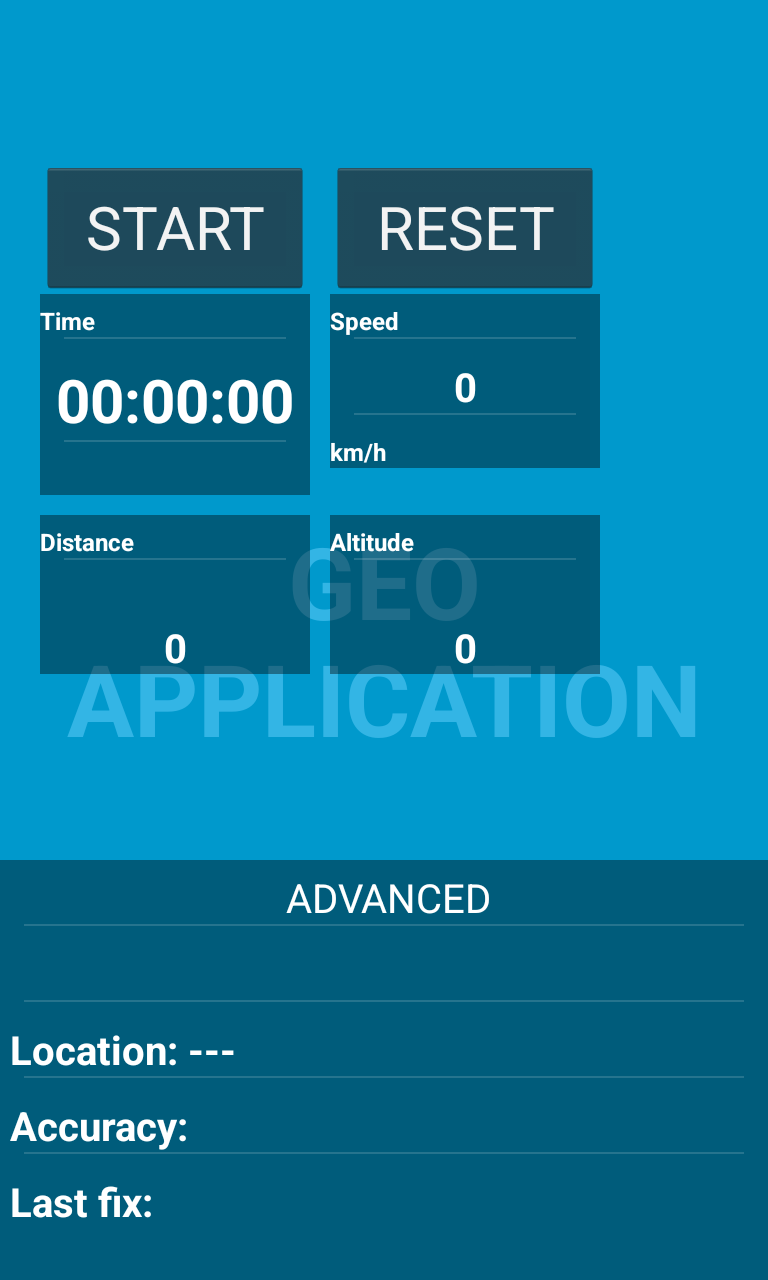
Repository: sebastianR1001/GeoApplication
Layout: GeoApplication/res/layout/activity_fullscreen.xml
These files come from the project's save history. The layout is drawn as it stood at one moment and after the next save; the edit follows.
It is drawn on a 768 x 1280 px phone screen (xhdpi) without system bars, with theme FullscreenTheme; the app's code is not run.

Above is the layout before, as saved 2014-10-24 18:39:59.

### GeoApplication/res/layout/activity_fullscreen.xml
<FrameLayout xmlns:android="http://schemas.android.com/apk/res/android"
    xmlns:tools="http://schemas.android.com/tools"
    android:layout_width="match_parent"
    android:layout_height="match_parent"
    android:background="#0099cc"
    tools:context="geo.geoapplication.FullscreenActivity" >

    <!--
         The primary full-screen view. This can be replaced with whatever view
         is needed to present your content, e.g. VideoView, SurfaceView,
         TextureView, etc.
    -->

    <TextView
        android:id="@+id/fullscreen_content"
        android:layout_width="match_parent"
        android:layout_height="match_parent"
        android:gravity="center"
        android:keepScreenOn="true"
        android:text="@string/geo_application"
        android:textColor="#33b5e5"
        android:textSize="50sp"
        android:textStyle="bold" />

     <TableLayout
        android:layout_width="wrap_content"
        android:layout_height="wrap_content"
        android:layout_marginTop="80dp"
        android:layout_marginLeft="10dp"
        android:layout_marginRight="10dp"  >

         <TableRow
            android:id="@+id/tableRow0"
            android:layout_width="wrap_content"
            android:layout_height="wrap_content"
            >

            <Button
		        android:id="@+id/startButton"
		        android:layout_width="135dp"
		        android:layout_height="67dp"
		        android:layout_marginLeft="10dp"
		        android:textSize="30sp"
		        android:text="@string/startButton" />

		     <Button
		        android:id="@+id/resetButton"
		        android:layout_width="135dp"
		        android:layout_height="67dp"
		        android:layout_marginRight="10dp"
		        android:layout_marginLeft="10dp"
		        android:textSize="30sp"
		        android:text="@string/resetButton" />

        </TableRow>

        <TableRow
            android:id="@+id/tableRow1"
            android:layout_width="wrap_content"
            android:layout_height="wrap_content"
            >

            <LinearLayout
		        android:id="@+id/timeLayout"
		        style="?metaButtonBarStyle"
		        android:layout_width="wrap_content"
		        android:layout_height="wrap_content"
		        android:layout_weight="5"
		        android:layout_marginLeft="10dp"
		        android:background="@color/black_overlay"
		        android:orientation="vertical"
		        tools:ignore="UselessParent" >

			    <TextView
			        android:layout_width="match_parent"
			        android:layout_height="match_parent"
			        android:layout_marginTop="5dp"
			        android:text="@string/timeText"
			        android:id="@+id/timeText"
			        android:textColor="#ffffff"
			        android:textSize="12sp"
			        android:textStyle="bold" />

			    <TextView
			        android:layout_width="match_parent"
			        android:layout_height="match_parent"
			        android:text="@string/time"
			        android:id="@+id/time"
			        android:layout_marginTop="10dp"
			        android:gravity="center"
			        android:textColor="#ffffff"
			        android:textSize="30sp"
			        android:textStyle="bold" />

			    <TextView
			        android:layout_width="match_parent"
			        android:layout_height="match_parent"
			        android:layout_marginTop="10dp"
			        android:textColor="#ffffff"
			        android:textSize="12sp"
			        android:textStyle="bold" />

	        </LinearLayout>

			<LinearLayout
		        android:id="@+id/speedLayout"
		        style="?metaButtonBarStyle"
		        android:layout_width="wrap_content"
		        android:layout_height="wrap_content"
		        android:layout_weight="5"
		        android:layout_marginRight="10dp"
		        android:layout_marginLeft="10dp"
		        android:background="@color/black_overlay"
		        android:orientation="vertical"
		        tools:ignore="UselessParent" >

			    <TextView
			        android:layout_width="match_parent"
			        android:layout_height="match_parent"
			        android:layout_marginTop="5dp"
			        android:text="@string/speedText"
			        android:id="@+id/speedText"
			        android:textColor="#ffffff"
			        android:textSize="12sp"
			        android:textStyle="bold" />

			    <TextView
			        android:layout_width="match_parent"
			        android:layout_height="match_parent"
			        android:text="@string/speed"
			        android:id="@+id/speed"
			        android:layout_marginTop="10dp"
			        android:gravity="center"
			        android:textColor="#ffffff"
			        android:textSize="20sp"
			        android:textStyle="bold" />

			    <TextView
			        android:layout_width="match_parent"
			        android:layout_height="match_parent"
			        android:layout_marginTop="10dp"
			        android:text="@string/speedUnit"
			        android:id="@+id/speedUnit"
			        android:textColor="#ffffff"
			        android:textSize="12sp"
			        android:textStyle="bold" />

	        </LinearLayout>

        </TableRow>

        <TableRow
            android:id="@+id/tableRow4"
            android:layout_width="wrap_content"
            android:layout_height="wrap_content"
            android:layout_marginTop="10dp"
            >

            <LinearLayout
		        android:id="@+id/distanceLayout"
		        style="?metaButtonBarStyle"
		        android:layout_width="wrap_content"
		        android:layout_height="wrap_content"
		        android:layout_weight="5"
		        android:layout_marginLeft="10dp"
		        android:background="@color/black_overlay"
		        android:orientation="vertical"
		        tools:ignore="UselessParent" >

			    <TextView
			        android:layout_width="match_parent"
			        android:layout_height="match_parent"
			        android:layout_marginTop="5dp"
			        android:text="@string/distanceText"
			        android:id="@+id/distanceText"
			        android:textColor="#ffffff"
			        android:textSize="12sp"
			        android:textStyle="bold" />

			    <TextView
			        android:layout_width="match_parent"
			        android:layout_height="match_parent"
			        android:text="@string/distance"
			        android:id="@+id/distance"
			        android:layout_marginTop="30dp"
			        android:gravity="center"
			        android:textColor="#ffffff"
			        android:textSize="20sp"
			        android:textStyle="bold" />

	        </LinearLayout>

			<LinearLayout
		        android:id="@+id/elevationLayout"
		        style="?metaButtonBarStyle"
		        android:layout_width="wrap_content"
		        android:layout_height="wrap_content"
		        android:layout_weight="5"
		        android:layout_marginRight="10dp"
		        android:layout_marginLeft="10dp"
		        android:background="@color/black_overlay"
		        android:orientation="vertical"
		        tools:ignore="UselessParent" >

			    <TextView
			        android:layout_width="match_parent"
			        android:layout_height="match_parent"
			        android:layout_marginTop="5dp"
			        android:text="@string/altitudeText"
			        android:id="@+id/altitudeText"
			        android:textColor="#ffffff"
			        android:textSize="12sp"
			        android:textStyle="bold" />

			    <TextView
			        android:layout_width="match_parent"
			        android:layout_height="match_parent"
			        android:text="@string/altitude"
			        android:id="@+id/altitude"
			        android:layout_marginTop="30dp"
			        android:gravity="center"
			        android:textColor="#ffffff"
			        android:textSize="20sp"
			        android:textStyle="bold" />

	        </LinearLayout>

        </TableRow>

    </TableLayout>

	   <LinearLayout
	        android:id="@+id/advanced"
	        style="?metaButtonBarStyle"
	        android:layout_width="match_parent"
	        android:layout_height="210dp"
	        android:layout_gravity="bottom|center_horizontal"
	        android:background="@color/black_overlay"
	        android:orientation="vertical"
	        tools:ignore="UselessParent" >

	       <TextView
		        android:id="@+id/advancedInformation"
		        android:layout_width="wrap_content"
                android:layout_height="wrap_content"
                android:text="@string/advancedText"
		        android:paddingTop="5dp"
		        android:paddingLeft="5dp"
		        android:layout_gravity="top|center_horizontal"
		        android:textColor="#ffffff"
		        android:textSize="20sp" />

	       <TextView
		        android:id="@+id/gpsInformation"
		        android:layout_width="wrap_content"
                android:layout_height="wrap_content"
		        android:paddingTop="10dp"
		        android:paddingLeft="5dp"
		        android:textColor="#ffffff"
		        android:textSize="20sp" />

		    <TextView
		        android:id="@+id/viewLocation"
		        android:layout_width="wrap_content"
		        android:layout_height="wrap_content"
		        android:paddingTop="10dp"
		        android:paddingLeft="5dp"
		        android:keepScreenOn="true"
		        android:text="@string/location"
		        android:textColor="#ffffff"
		        android:textSize="20sp"
		        android:textStyle="bold" />

	        <TextView
		        android:layout_width="wrap_content"
                android:layout_height="wrap_content"
		        android:paddingTop="10dp"
		        android:paddingLeft="5dp"
		        android:text="@string/accuracy"
		        android:id="@+id/accuracy"
		        android:textColor="#ffffff"
		        android:textSize="20sp"
		        android:textStyle="bold" />

	        <TextView
		        android:layout_width="wrap_content"
                android:layout_height="wrap_content"
		        android:paddingTop="10dp"
		        android:paddingLeft="5dp"
		        android:text="@string/last_fix"
		        android:id="@+id/lastFix"
		        android:textColor="#ffffff"
		        android:textSize="20sp"
		        android:textStyle="bold" />

        </LinearLayout>


    <FrameLayout
        android:layout_width="match_parent"
        android:layout_height="match_parent"
        android:fitsSystemWindows="true" >

        <LinearLayout
            android:id="@+id/fullscreen_content_controls"
            style="?metaButtonBarStyle"
            android:layout_width="match_parent"
            android:layout_height="wrap_content"
            android:layout_gravity="bottom|center_horizontal"
            android:background="@color/black_overlay"
            android:orientation="horizontal"
            tools:ignore="UselessParent" >
        </LinearLayout>

        <requestFocus />


    </FrameLayout>
    <!--
         This FrameLayout insets its children based on system windows using
         android:fitsSystemWindows.
    -->

</FrameLayout>

### GeoApplication/res/values/strings.xml
<?xml version="1.0" encoding="utf-8"?>
<resources>

    <string name="app_name">GeoApplication</string>
    <string name="dummy_button">Dummy Button</string>
    <string name="dummy_content">DUMMY\nCONTENT</string>
    <string name="geo_application">GEO\nAPPLICATION</string>
    <string name="location">Location: ---</string>
    <string name="speedText">Speed</string>
    <string name="speed">0</string>
    <string name="speedUnit">km/h</string>
    <string name="time">00:00:00</string>
    <string name="timeText">Time</string>
    <string name="accuracy">Accuracy:</string>
    <string name="distance">0</string>
    <string name="distanceUnit">m</string>
    <string name="distanceText">Distance</string>
    <string name="altitude">0</string>
    <string name="altitudeUnit">0 AMSL</string>
    <string name="altitudeText">Altitude</string>
    <string name="last_fix">Last fix:</string>

    <string name="startButton">START</string>
    <string name="stopButton">STOP</string>
    <string name="resetButton">RESET</string>
    <string name="advancedText">ADVANCED</string>

</resources>

Loaded but not shown: GeoApplication/res/values-v11/styles.xml (common file); GeoApplication/res/values/styles.xml (common file); GeoApplication/res/values/colors.xml (common file)

After the next save:
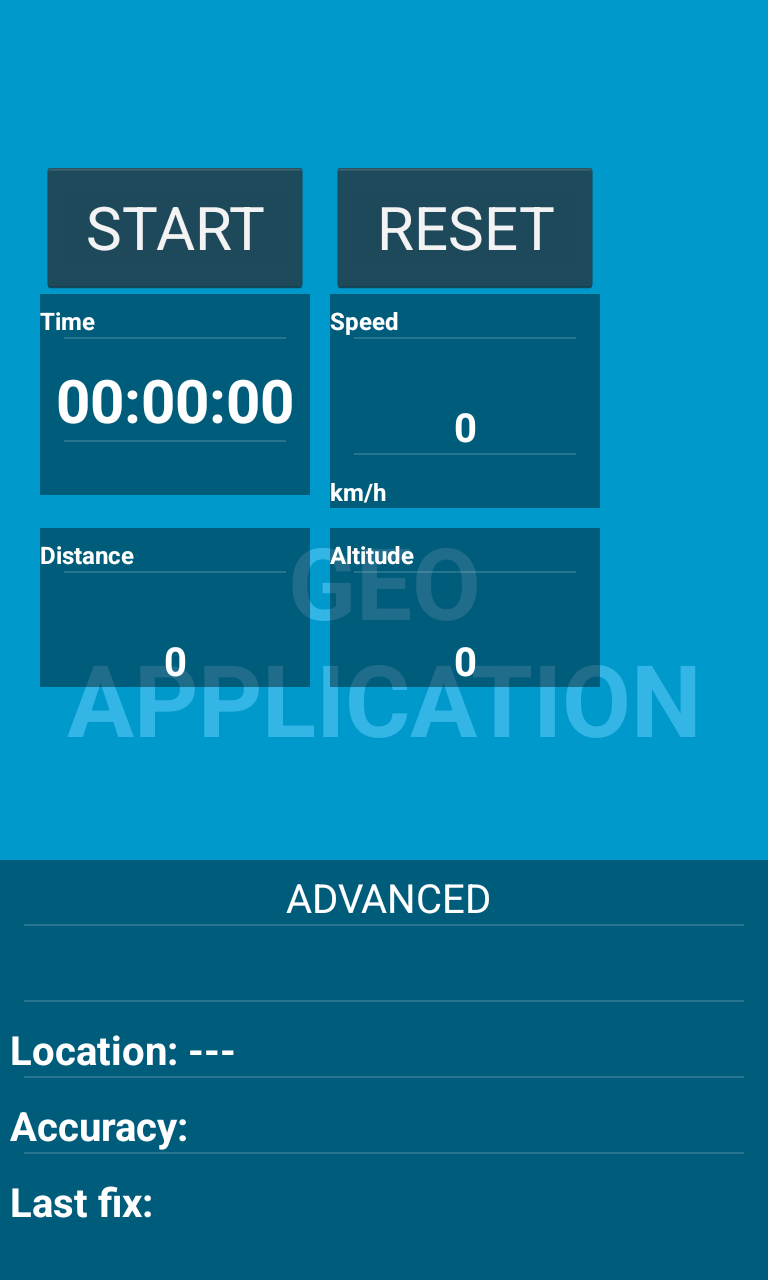
Saved 13 s later.
--- a/GeoApplication/res/layout/activity_fullscreen.xml
+++ b/GeoApplication/res/layout/activity_fullscreen.xml
@@ -129,7 +129,7 @@
 			        android:layout_height="match_parent"
 			        android:text="@string/speed"
 			        android:id="@+id/speed"
-			        android:layout_marginTop="10dp"
+			        android:layout_marginTop="30dp"
 			        android:gravity="center"
 			        android:textColor="#ffffff"
 			        android:textSize="20sp"
